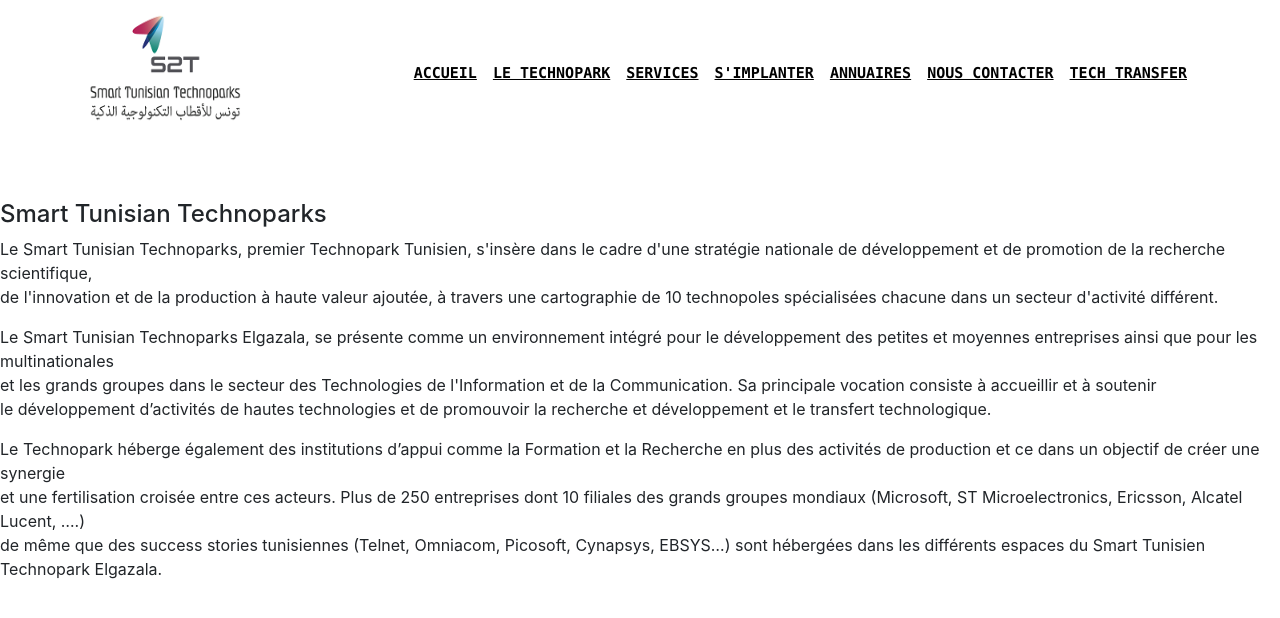
Repository: Zakraouihadil1/stage-perfectionnement-
Page: presentation.html
An editor plug-in stored every save of this project. The page is shown before and after the next save, followed by the edit.
The browser window is 1280 px wide. The pictures show the whole page.

Above is the page before, as saved 2021-08-17 19:38:30.

After the next save:
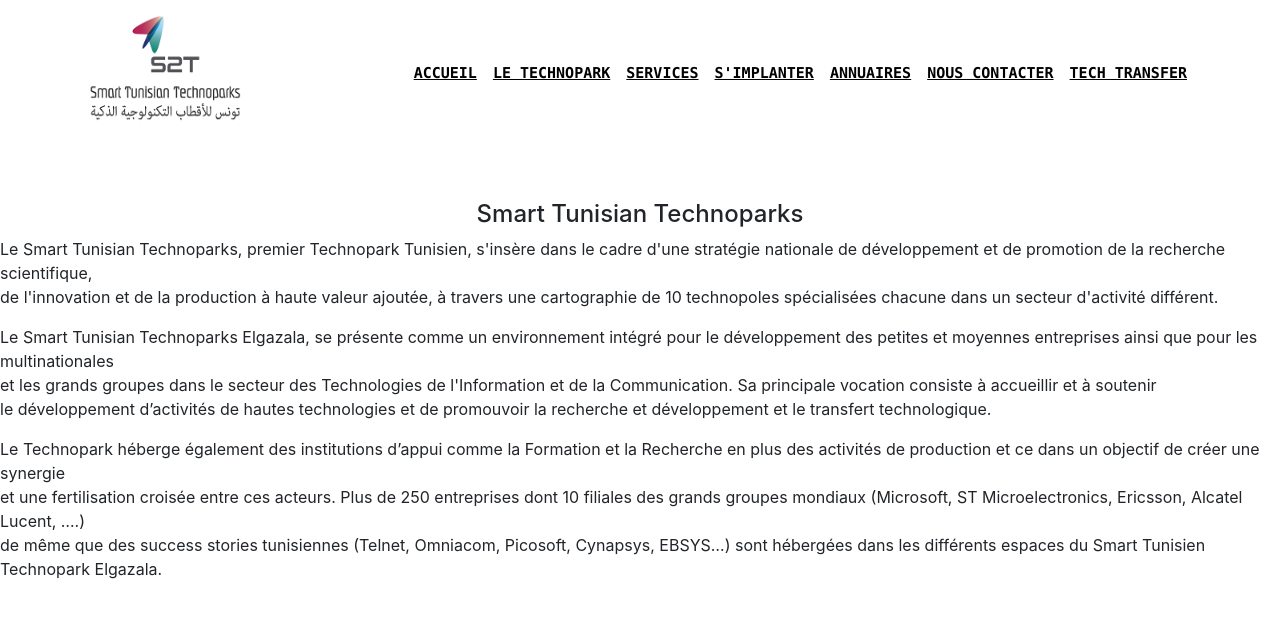
Saved 44 s later.
--- a/presentation.html
+++ b/presentation.html
@@ -100,7 +100,7 @@
 </nav>
 
 <div style="margin-top: 200px;">
-    <h4 style="align-items: center;">Smart Tunisian Technoparks</h4>
+    <h4 style="text-align: center;">Smart Tunisian Technoparks</h4>
     <div>
     <p>Le Smart Tunisian Technoparks, premier Technopark Tunisien, s'insère dans le cadre d'une stratégie nationale de développement et de promotion de la recherche scientifique, <br>
      de l'innovation et de la production à haute valeur ajoutée, à travers une cartographie de 10 technopoles spécialisées chacune dans un secteur d'activité différent.</p>
